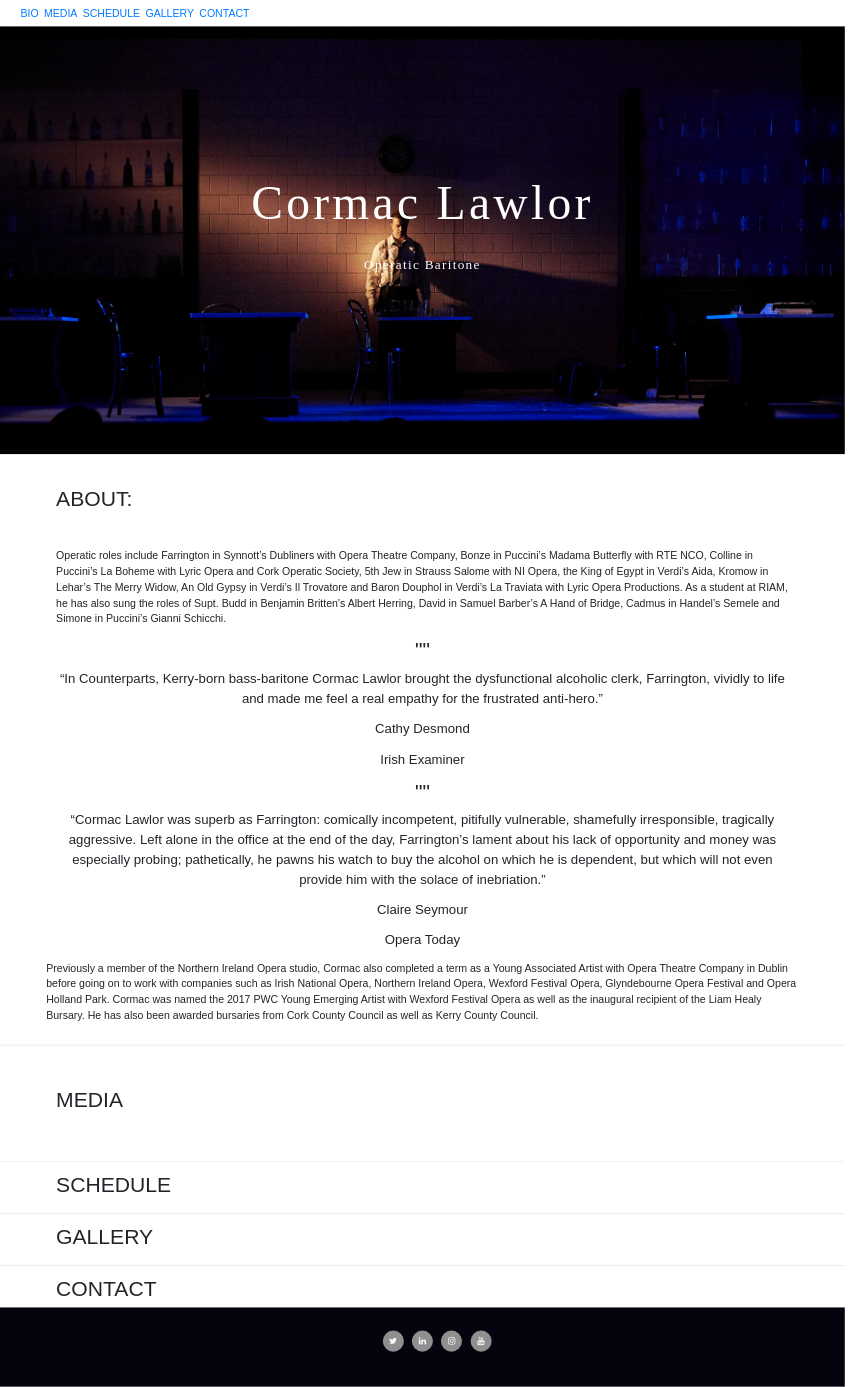
Repository: armedcor/frontend-project
Page: index.html
The author's editor kept a record of every edit. The page is drawn from the files as they stood at one moment, then again after the next edit.
The browser window is 1280 px wide. The page is 1295 px wide, so the pictures cover 1295 px, including what lies to the right of the window. The pictures show the whole page, at 66% of full size.
Backgrounds fixed to the window are drawn as part of the page. Some web fonts or font styles are not loaded; a fallback is used.

Above is the page before.

After the next edit:
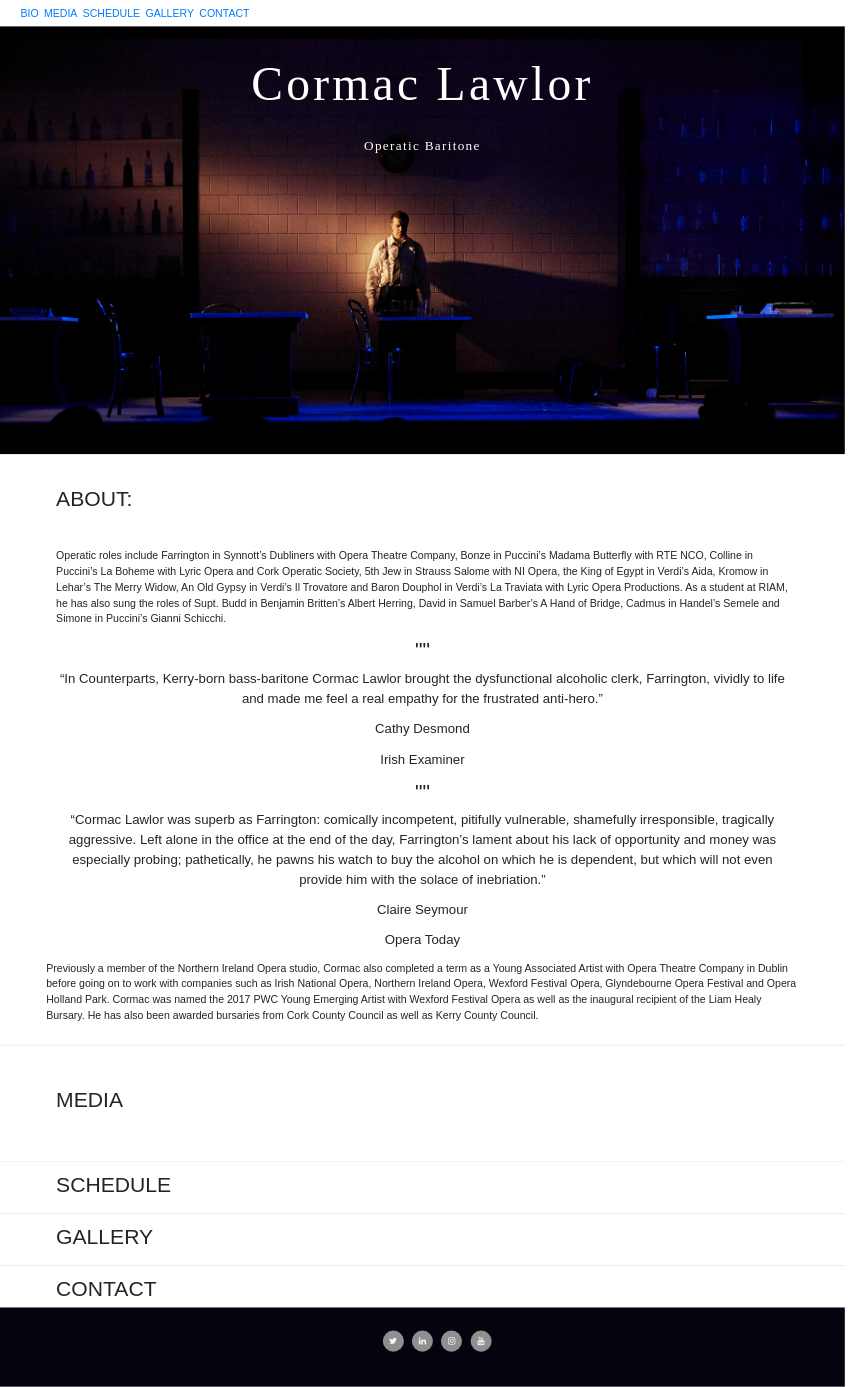
The edit:
--- a/assets/css/style.css
+++ b/assets/css/style.css
@@ -62,6 +62,7 @@
     letter-spacing:2px;
     font-weight: 300
     font-family: 'Montserrat', sans-serif;
+    padding-bottom: 360px;
 }
 /*----------------------Footer */
 
